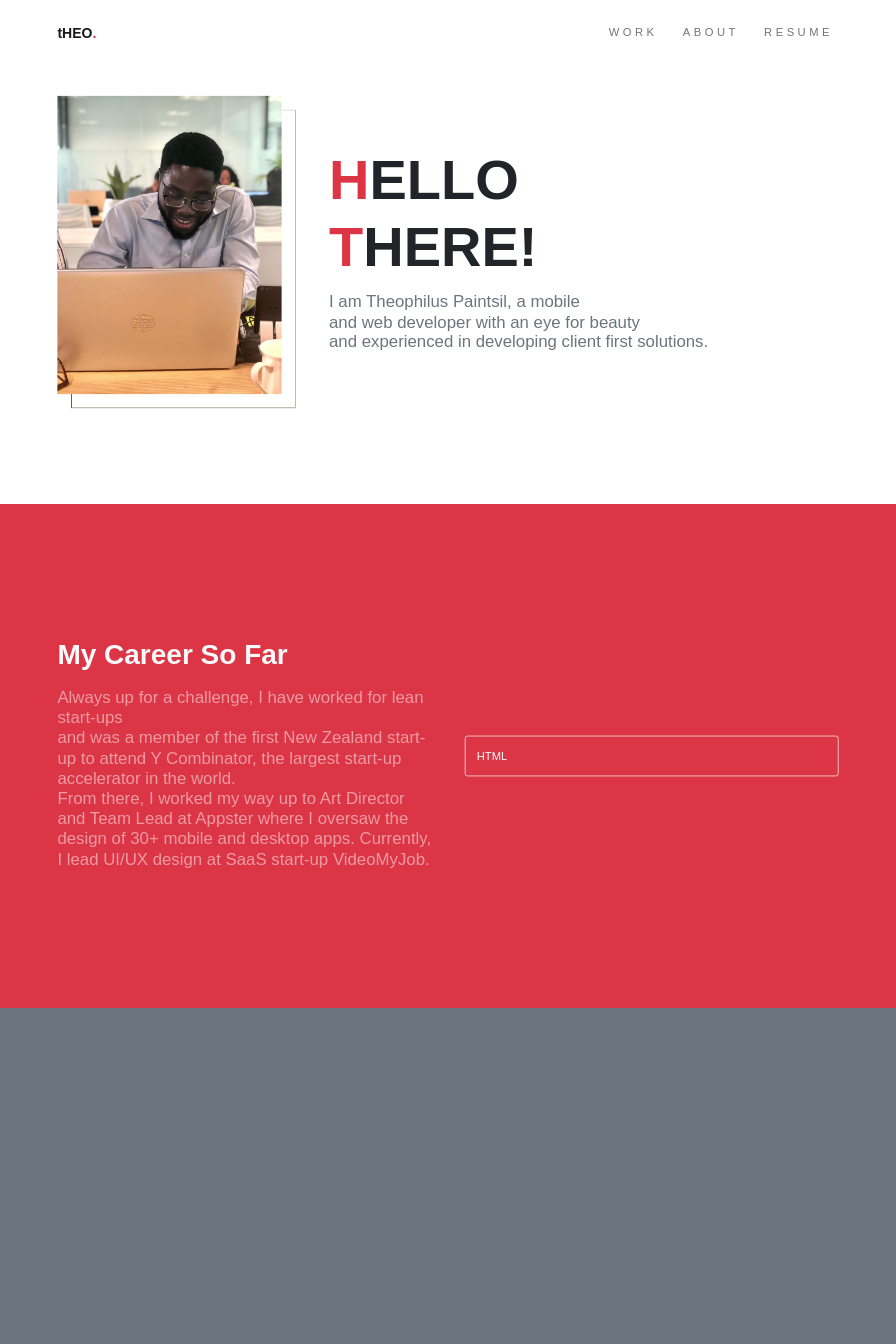
Repository: tHEO2k17/portfolio
Page: /
The author's editor kept a copy of each file at every save. The page is drawn from the files as they stood at one save, then again after the next save.
The browser window is 1280 px wide. The pictures show the part of the page from y = 0 to 1920 px (the page is 3000 px tall), at 70% of full size.
The project was rebuilt for these pictures with package versions that can differ from the ones it lists, and the page was loaded fresh each time.

Above is the page before, as saved 2021-07-22 10:58:06.

After the next save:
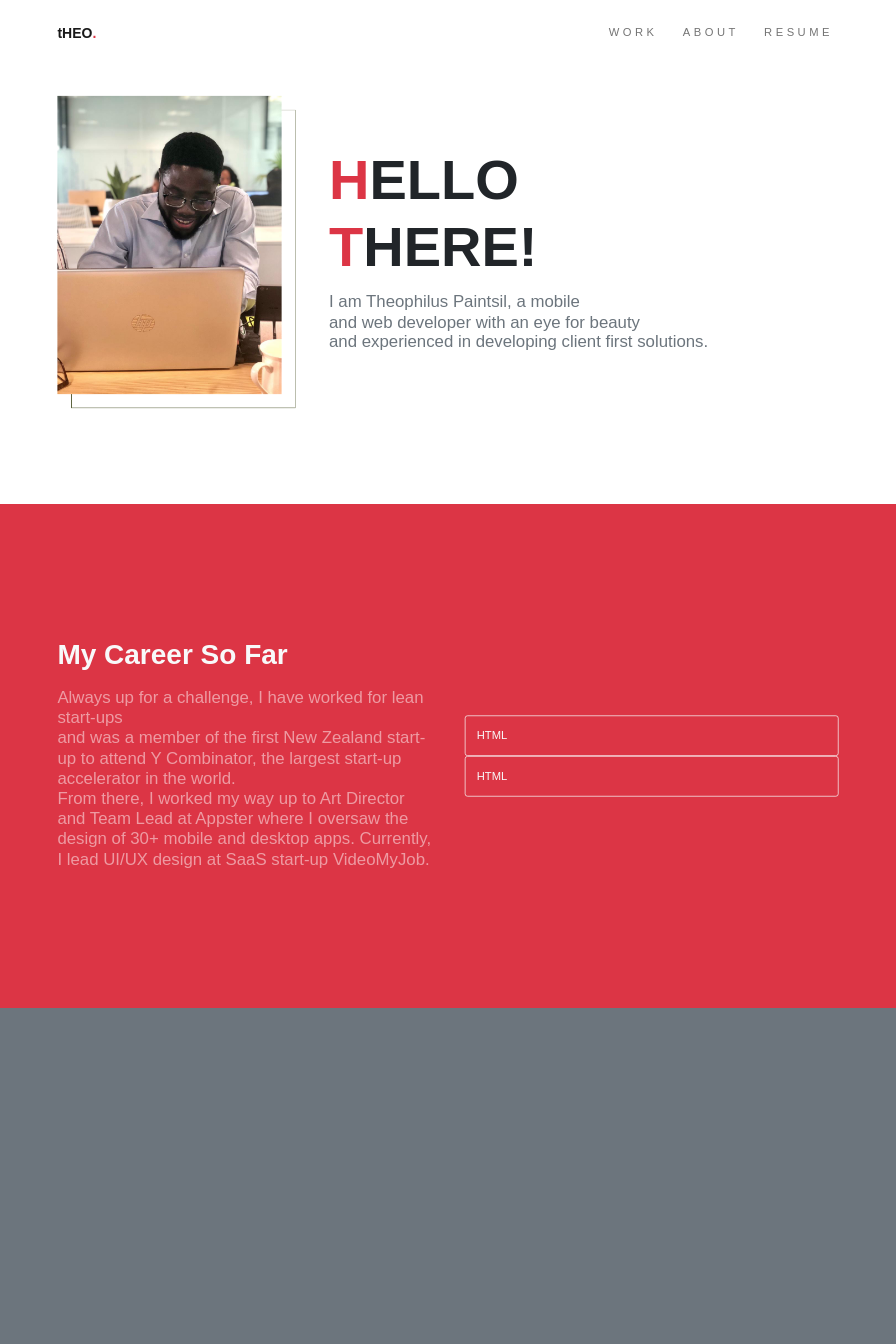
Saved 9 s later.
--- a/src/presentation/pages/HomePage.tsx
+++ b/src/presentation/pages/HomePage.tsx
@@ -58,6 +58,9 @@ export default function HomePage() {
                             <Card border="light" bg="danger">
                                 <Card.Body>HTML</Card.Body>
                             </Card>
+                            <Card border="light" bg="danger">
+                                <Card.Body>HTML</Card.Body>
+                            </Card>
                         </Col>
                     </Row>
                 </Container>
